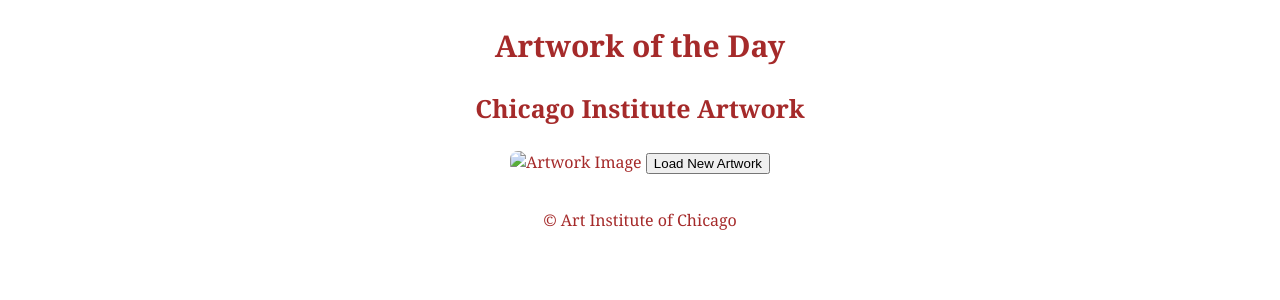
Repository: Bearandbird/amber-hinojos-API-project-haumea
Page: index.html
These files come from the project's save history. The page is drawn as it stood at one moment and after the next save; the edit follows.
The browser window is 1280 px wide. The pictures show the whole page.
The page's requests for data from a server got no answer.

Above is the page before, as saved 2024-05-27 18:40:02.

After the next save:
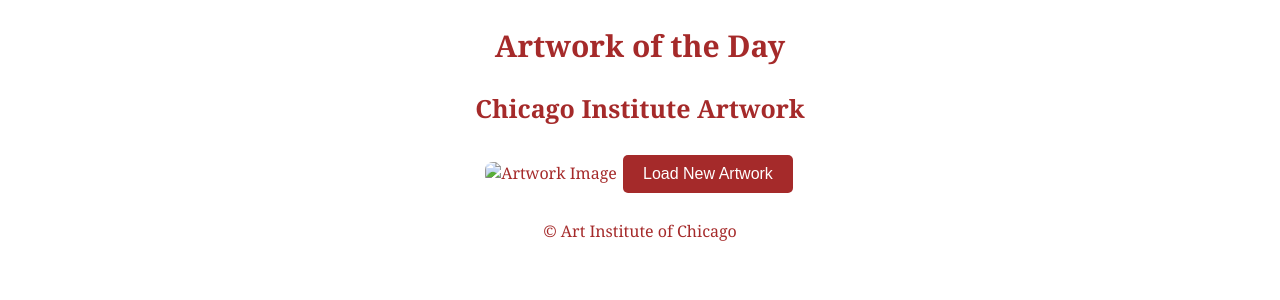
Saved 2 min 24 s later.
--- a/index.css
+++ b/index.css
@@ -63,3 +63,22 @@
   .error-message {
     color: red;
   }
+
+  #reloadButton {
+    background-color: brown;
+    border: none;
+    color: white;
+    padding: 10px 20px;
+    text-align: center;
+    text-decoration: none;
+    display: inline-block;
+    font-size: 16px;
+    margin: 4px 2px;
+    cursor: pointer;
+    border-radius: 5px;
+    transition-duration: 0.4s;
+}
+
+#reloadButton:hover {
+    background-color: slategray
+}
